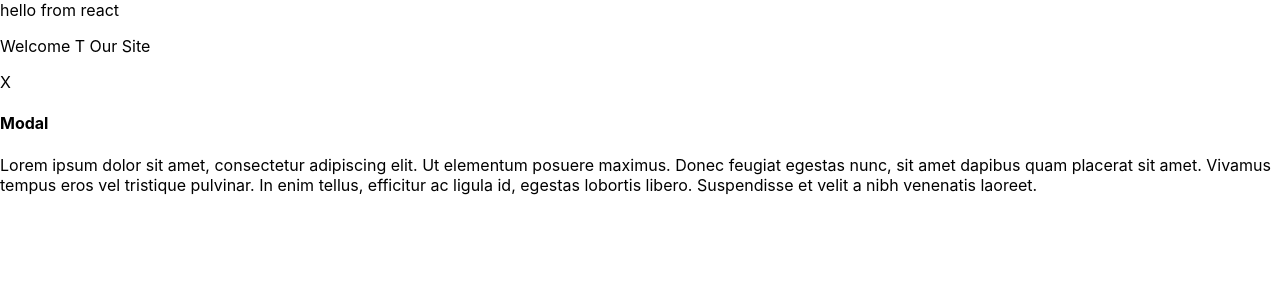
Repository: KrzysKolo/sr_tydzien5_zad1
Page: /
An editor plug-in stored every save of this project. The page is shown before and after the next save, followed by the edit.
The browser window is 1280 px wide. The pictures show the whole page.
The project was rebuilt for these pictures with package versions that can differ from the ones it lists, and the page was loaded fresh each time.

Above is the page before, as saved 2020-12-18 13:24:34.

### src/App.js
import React from 'react';
import Modal from './components/modal/Modal'

function App() {
  return (
    <div className="App">
     hello from react
     <Modal />
    </div>
  );
}

export default App;

### src/components/modal/Modal.js
import React from 'react';
import {ModalHeader, ModalSection, ModalFooter} from './modalComponents/';

const Modal = () => {
    return (
        <div className="modal-wrapper">
            <ModalHeader />
            <ModalSection />
        </div>
    )
}

export default Modal;

### src/components/modal/modalComponents/index.js
export { default as ModalHeader } from './ModalHeder';
export { default as ModalSection } from './ModalSection';
export { default as ModalFooter } from './ModalFooter';

### src/components/modal/modalComponents/ModalHeder.js
import React from 'react';

const ModalHeder = () => {
    return (
        <header className="modal-header">
            <p>Welcome T Our Site</p>
            <span className="close-modal-btn">X</span>
        </header>
    )
}

export default ModalHeder;

### src/components/modal/modalComponents/ModalSection.js
import React from 'react';

const ModalSection = () => {
    return (
        <section className="modal-content">
            <div className="modal-body">
                <h4>Modal</h4>
                <p>
                Lorem ipsum dolor sit amet, consectetur adipiscing elit. Ut elementum posuere maximus. Donec feugiat egestas nunc, sit amet dapibus quam placerat sit amet. Vivamus tempus eros vel tristique pulvinar. In enim tellus, efficitur ac ligula id, egestas lobortis libero. Suspendisse et velit a nibh venenatis laoreet.
                </p>
            </div>
        </section>
    )
}

export default ModalSection;

### src/components/modal/modalComponents/ModalFooter.js
import React from 'react';

const ModalFooter = () => {
    return (
        <footer className="modal-footer">
            footer
        </footer>
    )
}

export default ModalFooter;

Loaded but not shown: public/index.html (common file); src/index.js (common file); src/index.css (common file)

After the next save:
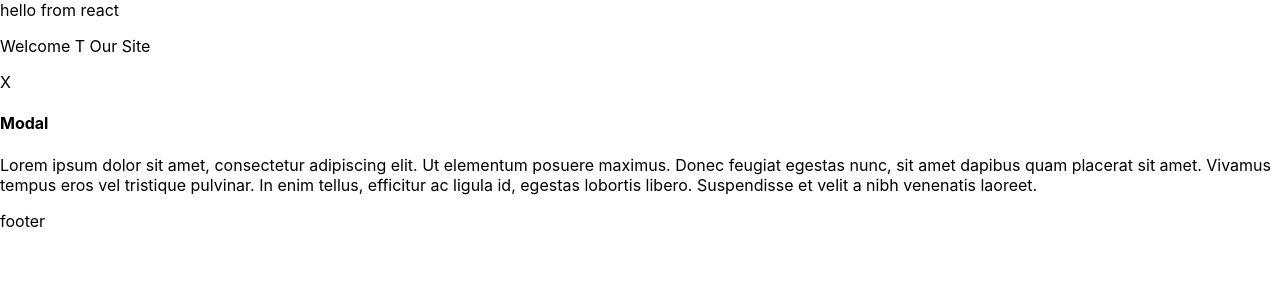
Saved 10 s later.
--- a/src/components/modal/Modal.js
+++ b/src/components/modal/Modal.js
@@ -6,6 +6,7 @@ const Modal = () => {
         <div className="modal-wrapper">
             <ModalHeader />
             <ModalSection />
+            <ModalFooter />
         </div>
     )
 }
